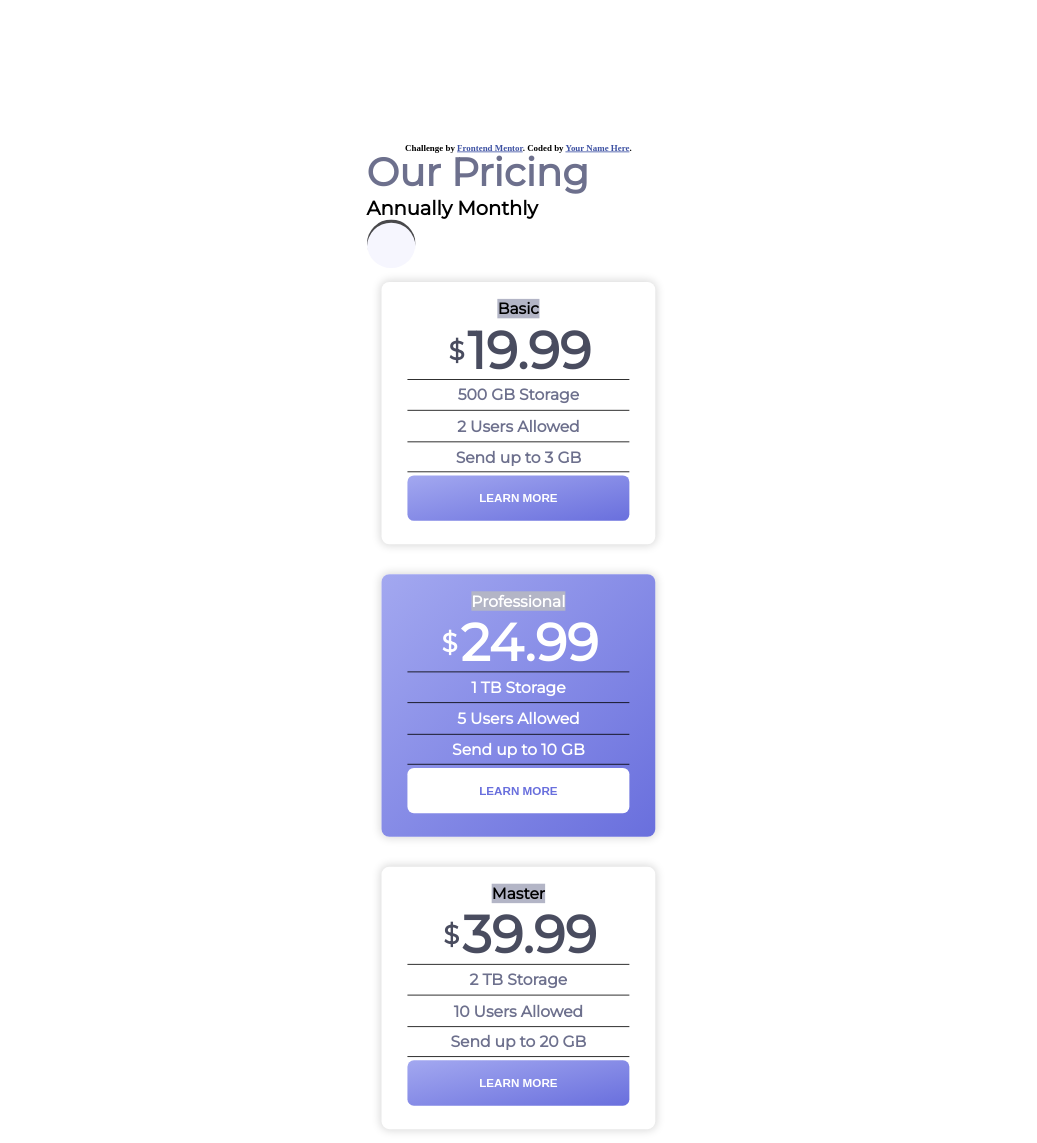
Repository: JuzzJoel/pricing-component-with-toggle-master
Page: index.html
An editor plug-in stored every save of this project. The page is shown before and after a run of saves, followed by the edit.
The browser window is 1280 px wide. The pictures show the whole page, at 81% of full size.

Above is the page before, as saved 2025-05-24 11:39:32.

### index.html
<!DOCTYPE html>
<html lang="en">
<head>
  <meta charset="UTF-8">
  <meta name="viewport" content="width=device-width, initial-scale=1.0"> <!-- displays site properly based on user's device -->

  <link rel="icon" type="image/png" sizes="32x32" href="./images/favicon-32x32.png">
  <link rel="preconnect" href="https://fonts.googleapis.com">
  <link rel="preconnect" href="https://fonts.gstatic.com" crossorigin>
  <link
    href="https://fonts.googleapis.com/css2?family=Montserrat:ital,wght@700"
    rel="stylesheet">
  <title>Frontend Mentor | [pricing-component-with-toggle-master]</title>
  <style>
    :root{

      --linear-gradient: linear-gradient(to bottom right, hsl(236, 72%, 79%), hsl(237, 63%, 64%));

--clr-pri: hsl(240, 78%, 98%);
--clr-pri-acc: hsl(234, 14%, 74%);
--clr-sec: hsl(233, 13%, 49%);
--clr-sec-acc: hsl(232, 13%, 33%);
    }
*,
*::before,
*::after {
    box-sizing: border-box;
}

* {
    margin: 0;
    padding: 0;
    box-sizing: border-box;
}
.visually-hidden:not(:focus):not(:active) {
  clip: rect(0 0 0 0);
  clip-path: inset(50%);
  height: 1px;
  overflow: hidden;
  position: absolute;
  white-space: nowrap;
  width: 1px;
}
    .attribution { font-size: 11px; text-align: center;height: 1vh; }
    .attribution a { color: hsl(228, 45%, 44%); }
body{
  font-size: 0.95rem;
  font-weight: 700;
width: 100vw;
height: 150vh;
display: flex;
align-items: center;
justify-content: center;
flex-direction: column;
}


.container{
  width: 375px;
  height: 100vh;
  font-family: "Montserrat", sans-serif;

}
  .pricing-header{
font-size: 1.5rem;
  }
  .pricing-header h1{
    color: var(--clr-sec);

  }
    .toggle-box{

    }

     .toggle-container{
      width: 50px;
      height: 50px;
      position: relative;
      background: var(--clr-pri);
      padding: 30px;
      border-radius: 3rem;

      box-shadow: inset 0 4px 0 0 rgba(0, 0, 0, 0.7);
     }
     .toggle-slider{
      position: absolute;
      border-radius: 50%;
      left: 10px;
      top: 5px;
     }
     input[type="radio"]{
      display: none;
     }

       .pricing{

       }


   .content-body{
    display: flex;
    flex-direction: column;
    align-items: center;
    width: 100%;
    height: 150vh;
   }
   .content{
    display: flex;
    flex-direction: column;
    align-items: center;
    justify-content: space-evenly;
    width: 90%;
    gap: 20px;
    height: 100%;
   }
   .card-container{
    display: flex;
    flex-direction: column;
    align-items: center;
    justify-content: center;
    width: 100%;
    border-radius: .6rem;

    box-shadow: 0 0 .625rem .125rem rgba(0, 0, 0, 0.15);
    height: 30%;
   }
   .card-container:nth-child(2){
  background: var(--linear-gradient);
   }    .card{
          display: flex;
          flex-direction: column;
          align-items: center;
          justify-content: space-between;
          width: 90%;
          height: 85%;
          font-family: "Montserrat", sans-serif;
        }
        .card>*{
          width: inherit;
          display: flex;
          align-items: center;
          justify-content: center;
        }
          .rows-head{
            height: 35%;
            display: flex;
            flex-direction: column;
            align-items: center;
            justify-content: center;
          }
          .rows-head p{
           font-size: 1.2rem;
           background: var(--clr-pri-acc);
          }
          .rows-head h1{
            font-size: 4rem;
            color: var(--clr-sec-acc);
            display: flex;
            align-items: center;
           }
           .rows-head h1 span{
            font-size: 2rem;
            color: var(--clr-sec-acc);
            margin-right: 2%;
           }
          .rows{
            height: 15%;
            border: 1px   solid black;
            border-left: none;
            border-right: none;
            color: var(--clr-sec);
            font-size: 1.2rem;
          }
          .rows:nth-child(3){
            border: none;
          }
          .rows-button{
            height: 25%;
            display: flex;
            align-items: center;
            justify-content: center;
          }
  button{
    width: 100%;
    display: flex;
    align-items: center;
    justify-content: center;
    border-radius: .5rem;
    border: none;
    padding: 1.25rem 2.5rem;
    text-transform: uppercase;
    color: white;
background: var(--linear-gradient);
    font-weight: 700;
    font-size: 0.9rem;
  }
  .card-container:nth-child(2) .rows ,
  .card-container:nth-child(2) .rows-head ,
  .card-container:nth-child(2) .rows-head h1 ,
  .card-container:nth-child(2) .rows-head h1 span
  {
    color: white;
  }
  .card-container:nth-child(2) button{
background: white;
color :  hsl(237, 63%, 64%);
  }

          @media(min-width:1440px){
            .content{
              flex-direction: row;
              justify-content: space-between;
             }
          }
  </style>
</head>
<body>
  <div class="attribution">
    Challenge by <a href="https://www.frontendmentor.io?ref=challenge" target="_blank">Frontend Mentor</a>.
    Coded by <a href="#">Your Name Here</a>.
  </div>


  <div class="container">
    <div class="pricing-header">
      <h1>Our Pricing</h1>
      <div class="toggle-box">
        Annually
        Monthly
        <div class="toggle-container">

          <input type="radio" class="pricing" id="price-annnual">
          <label for="price-annual"></label>

          <input type="radio" class="pricing" id="price-month">
          <label for="price-month"></label>

          <div class="toggle-slider"></div>
        </div>
      </div>
      <div class="content-body">
        <div class="content">
          <div class="card-container">
<div class="card">
            <div class="rows-head">
              <p>Basic</p>
         <h1>  <span>&dollar;</span>
          19.99
           <i class="visually-hidden">&dollar;199.99</i>
           </h1>
          </div>
            <div class="rows">500 GB Storage</div>
            <div class="rows">2 Users Allowed</div>
            <div class="rows">Send up to 3 GB</div>
            <div class="rows-button"><button>Learn More</button></div>
          </div>
          </div>

          <div class="card-container">
            <div class="card">
            <div class="rows-head">
              <p>Professional</p>
              <h1> <span>&dollar;</span>24.99
                <i class="visually-hidden">&dollar;249.99</i>
           </h1>
          </div>
            <div class="rows">1 TB Storage</div>
            <div class="rows">5 Users Allowed</div>
            <div class="rows">Send up to 10 GB</div>
            <div class="rows-button"><button>Learn More</button></div>
          </div>
          </div>
          <div class="card-container">
            <div class="card">
            <div class="rows-head">
              <p>Master</p>
              <h1> <span>&dollar;</span>39.99
                <i class="visually-hidden">&dollar;399.99</i>
          </h1>
          </div>
            <div class="rows">2 TB Storage</div>
            <div class="rows">10 Users Allowed</div>
            <div class="rows">Send up to 20 GB</div>
            <div class="rows-button"><button>Learn More</button></div>
          </div>
          </div>
        </div>
      </div>
    </div>
  </div>


</body>
</html>

After the next 6 saves:
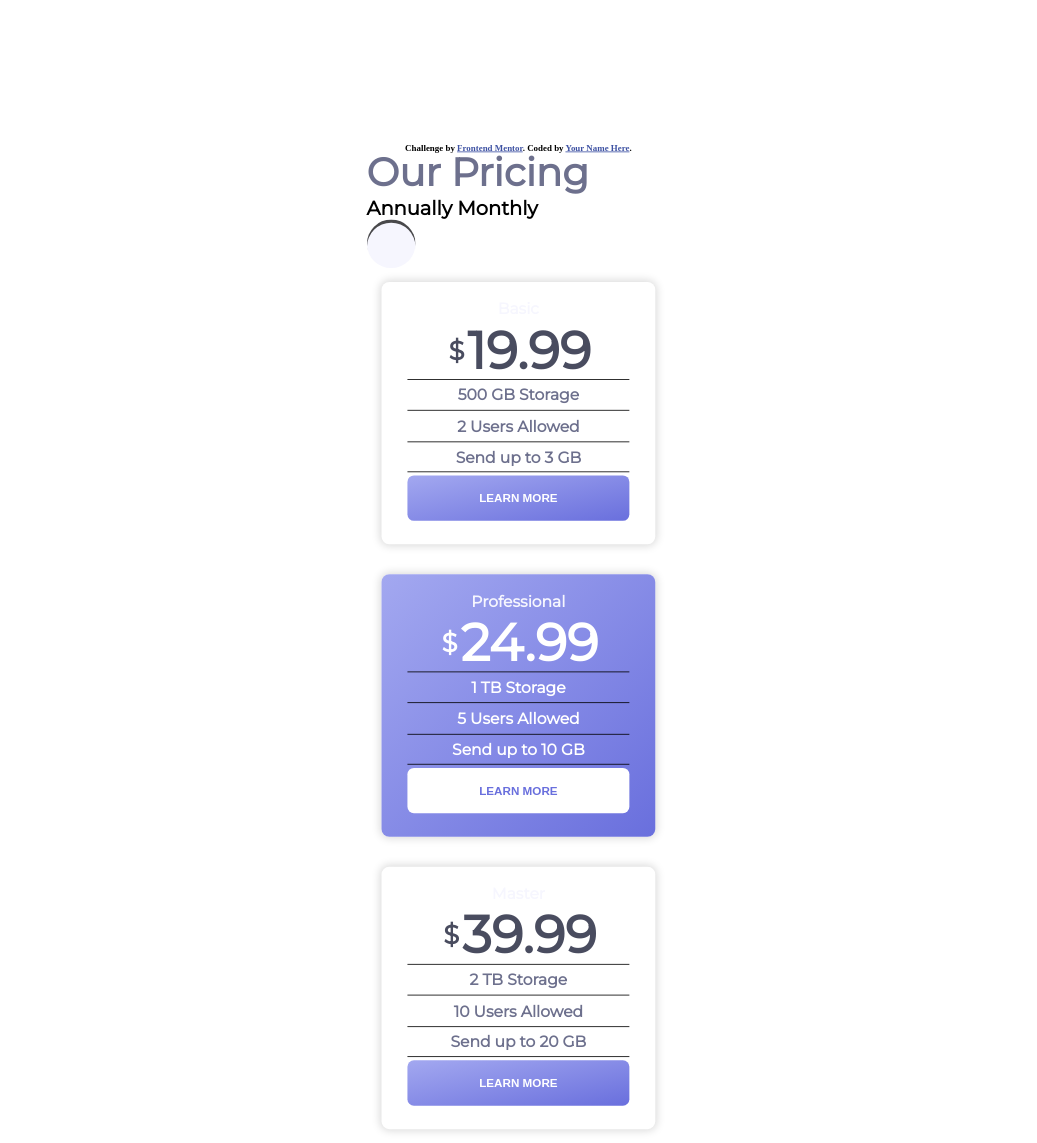
The 6 saves are shown as one change because they came seconds apart.
The last was saved 17 s later.
--- a/index.html
+++ b/index.html
@@ -150,7 +150,8 @@ font-size: 1.5rem;
           }
           .rows-head p{
            font-size: 1.2rem;
-           background: var(--clr-pri-acc);
+
+color: var(--clr-pri);
           }
           .rows-head h1{
             font-size: 4rem;
